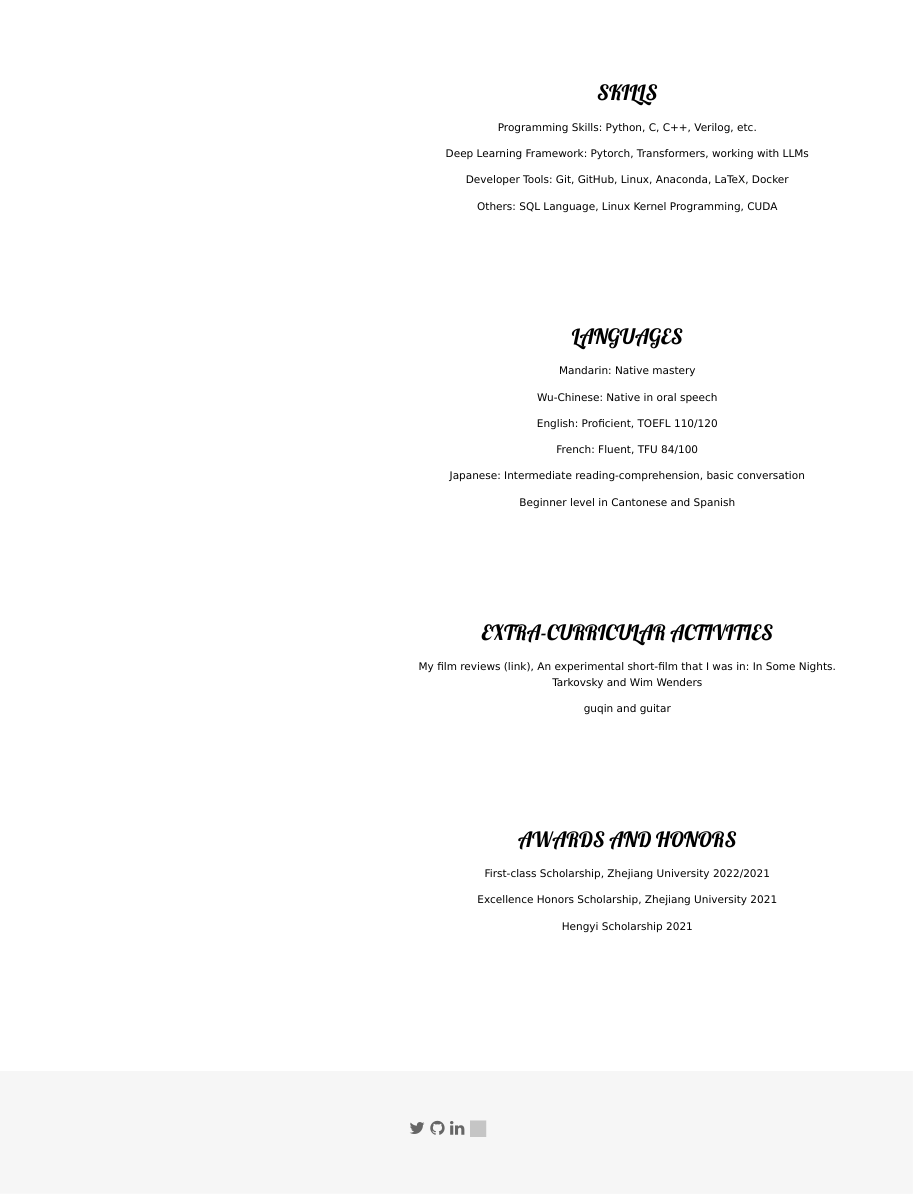
Repository: Ej-zhou/ej-zhou.github.io
Page: index.html
An editor plug-in stored every save of this project. The page is shown before and after the next save, followed by the edit.
The browser window is 1280 px wide. The page is 1304 px wide, so the pictures cover 1304 px, including what lies to the right of the window. The pictures show the part of the page from y = 4509 to 6389 px (the page is 6214 px tall before and 6389 px after), at 70% of full size.
Pictures or frames that could not be fetched are drawn as grey boxes. Some web fonts or font styles are not loaded; a fallback is used.

Above is the page before, as saved 2023-08-12 15:01:22.

### index.html
<!DOCTYPE html>

<html>
<head>
<title>
     Zhou, Ej
    </title>
<meta charset="utf-8"/>
<meta content="width=device-width, initial-scale=1" name="viewport"/>
<link href="https://www.w3schools.com/w3css/4/w3.css" rel="stylesheet"/>
<link href="https://fonts.googleapis.com/css?family=Lobster" rel="stylesheet"/>
<link href="https://cdnjs.cloudflare.com/ajax/libs/font-awesome/4.7.0/css/font-awesome.min.css" rel="stylesheet"/>
<link href="https://fonts.googleapis.com/css2?family=Noto+Sans+SC&amp;display=swap" rel="stylesheet"/>
<style>
     /* body, h1, h2, h3, h4, h5, h6 {font-family: "Lobster", sans-serif} */
     h1, h2, h3, h4, h5, h6 {font-family: "Lobster", sans-serif}
     .w3-row-padding img {margin-bottom: 12px}
     /* .bgimg {
       background-position: center;
       background-repeat: no-repeat;
       background-size: cover;
       background-image: url('https://www.w3schools.com/w3images/profile_girl.jpg');
       min-height: 100%;
     } */
    @font-face {
      font-family: 'YanShiFoXiTi';
      src: url('fonts/YanShiFoXiTi/Slidefu-Regular-2.ttf'); /* Change the extension to match your file */
    }

    @font-face {
    font-family: 'Aakar Regular';
    src: url('fonts/Aakar Regular/Aakar Regular.ttf') format('truetype'); /* Update the path if needed */
    }

    @font-face {
        font-family: 'vesper_libre';
        src: url("fonts/Vesper_Libre/VesperLibre-Bold.ttf");
    }

    @font-face {
        font-family: 'kalam';
        src: url("fonts/Kalam/Kalam-Bold.ttf");
    }


    @font-face {
        font-family: 'Kurale';
        src: url("fonts/Kurale/Kurale-Regular.ttf");
    }

     .chinese {
      font-family: 'YanShiFoXiTi', sans-serif;
    }

    .sanskrit {
        font-family: 'kalam';
        font-size: 43px; /* Set the font size to your desired value */
        font-weight: bold; /* Make the text bold */
        text-align: center; /* Center align the text */
        display: block; /* Make the span a block element to occupy the full width */
        margin: 10px 0; /* Add some margin to separate it from other elements */
        color: gray; /*Set the color to your preference*/
    }
  /* Other CSS rules */

    /* Style for the sidebar container */
    .sidebar {
    width: 600px; /* Same as the desired image width */
    position: fixed; /* Fixed position */
    top: 0; /* Align with the top of the viewport */
    height: 100%; /* Full height */
    overflow: auto; /* Enable scrolling inside the sidebar */
    display: flex; /* Enable flexbox for centering */
    align-items: center; /* Center vertically */
    justify-content: center; /* Center horizontally */
    }

    /* Style for the image container */
    .image-container {
    width: 100%; /* Take up full width of the sidebar */
    text-align: left; /* Center the image horizontally */
    }



    .question-mark {
      cursor: pointer;
      font-weight: bold;
      color: gray; /* Change the color as needed */
      font-size: 40%; /* Adjust the font size to make it smaller */
      vertical-align: top; /* Display the question mark as a superscript */
    }

    .tooltip {
    display: none;
    position: absolute;
    background-color: #f9f9f9;
    padding: 5px;
    border: 1px solid #ccc;
    border-radius: 4px;
    box-shadow: 2px 2px 5px rgba(0, 0, 0, 0.1);
    font-size: 20%; /* Set to the desired font size */
    font-weight: normal; /* Set the font weight to normal */
    font-style: normal; /* Set the font style to normal */
    font-family: "Times New Roman", serif /* Set the desired font family */
    }


</style>
</head>
<!-- <body><div class="sidebar"><div class="image-container"><img alt="here should be a photo" height="400" src="pics/IMG_2185.JPG" width="600"/></div></div> -->
<body><div class="sidebar"><div class="image-container"><img alt="here should be a photo"  src="pics/photo.jpeg" width="550"/></div></div>
<!-- Sidebar with image -->
<!-- <nav class="w3-sidebar w3-hide-medium w3-hide-small" style="width:40%"> -->
<!-- <div class="bgimg"> -->
<!-- </div> -->
<!-- </nav> -->
<!-- Hidden Sidebar (reveals when clicked on menu icon)-->
<!-- <nav class="w3-sidebar w3-black w3-animate-right w3-xxlarge" id="mySidebar" style="display:none;padding-top:150px;right:0;z-index:2">
   <a class="w3-button w3-black w3-xxxlarge w3-display-topright" href="javascript:void(0)" onclick="closeNav()" style="padding:0 12px;">
    <i class="fa fa-remove">
    </i>
   </a>
   <div class="w3-bar-block w3-center">
    <a class="w3-bar-item w3-button w3-text-grey w3-hover-black" href="#" onclick="closeNav()">
     Home
    </a>
    <a class="w3-bar-item w3-button w3-text-grey w3-hover-black" href="#portfolio" onclick="closeNav()">
     Portfolio
    </a>
    <a class="w3-bar-item w3-button w3-text-grey w3-hover-black" href="#about" onclick="closeNav()">
     About
    </a>
    <a class="w3-bar-item w3-button w3-text-grey w3-hover-black" href="#contact" onclick="closeNav()">
     Contact
    </a>
   </div>
  </nav> -->

<!-- Page Content -->
<div class="w3-main w3-padding-large" style="margin-left:40%">
<!-- Menu icon to open sidebar -->
<span class="w3-button w3-top w3-white w3-xxlarge w3-text-grey w3-hover-text-black" onclick="openNav()" style="width:auto;right:0;">
<i class="fa fa-bars">
</i>
</span>
<!-- Header -->
<header class="w3-container w3-center" id="home" style="padding:128px 16px">

<h1 class="w3-jumbo">
    <b> <span class="chinese">周逸杰</span>           </b>
</h1>



<h1 class="w3-jumbo">
<b>
        ZHOU, EJ
      </b>
      <span class="question-mark">?</span>
      <span class="tooltip">
        My given name is <i>Yijie</i>, and my family name <i>Zhou</i>. <i>Ej</i> is my preferred name, and we put our family name in the front.
      </span>




</h1>
<p>
     Where shall I begin...
    </p>
<!-- <img class="w3-image w3-hide-large w3-hide-small w3-round" src="https://www.w3schools.com/w3images/profile_girl.jpg" style="display:block;width:60%;margin:auto;"/> -->
<!-- <img class="w3-image w3-hide-large w3-hide-medium w3-round" height="1333" src="https://www.w3schools.com/w3images/profile_girl.jpg" width="1000">
<button class="w3-button w3-light-grey w3-padding-large w3-margin-top">
<i class="fa fa-download">
</i>
      CV
    </button>
</img></header> -->
<!-- Portfolio Section -->
<!-- <div class="w3-padding-32 w3-content" id="portfolio">
    <h2 class="w3-text-grey">
     My Portfolio
    </h2>
    <hr class="w3-opacity"/> -->
<!-- Grid for photos -->
<!-- <div class="w3-row-padding" style="margin:0 -16px"> -->
<!-- <div class="w3-half">
      <img src="https://www.w3schools.com/w3images/wedding.jpg" style="width:100%"/>
      <img src="https://www.w3schools.com/w3images/rocks.jpg" style="width:100%"/>
      <img src="https://www.w3schools.com/w3images/sailboat.jpg" style="width:100%"/>
     </div>
     <div class="w3-half">
      <img src="https://www.w3schools.com/w3images/underwater.jpg" style="width:100%"/>
      <img src="https://www.w3schools.com/w3images/chef.jpg" style="width:100%"/>
      <img src="https://www.w3schools.com/w3images/wedding.jpg" style="width:100%"/>
      <img src="https://www.w3schools.com/w3images/p6.jpg" style="width:100%"/>
     </div> -->
<!-- End photo grid -->
<!-- </div> -->
<!-- End Portfolio Section -->
<!-- </div> -->
<!-- About Section -->
<div class="w3-content w3-justify w3-text-grey w3-padding-32" id="about">
<h2>
     About
    </h2>
<hr class="w3-opacity"/>
<p>
    I am an undergraduate student in Zhejiang Unviersity. I am interested in NLP and AI. I am currently working on a project about building a corpus for cross-lingual summarization. I am also interested in the intersection of NLP and other fields, such as psychology and philosophy. I am also interested in the application of NLP in the field of education. I am currently working on a project about building a corpus for cross-lingual summarization. I am also interested in the intersection of NLP and other fields, such as psychology and philosophy. I am also interested in the application of NLP in the field of education. I am currently working on a project about building a corpus for cross-lingual summarization. I am also interested in the intersection of NLP and other fields, such as psychology and philosophy. I am also interested in the application of NLP in the field of education.
    </p>
<h3 class="w3-padding-16">
<!-- My Skills
    </h3>
    <p class="w3-wide">
     Photography
    </p>
    <div class="w3-light-grey">
     <div class="w3-container w3-center w3-padding-small w3-dark-grey" style="width:95%">
      95%
     </div>
    </div>
    <p class="w3-wide">
     Web Design
    </p>
    <div class="w3-light-grey">
     <div class="w3-container w3-center w3-padding-small w3-dark-grey" style="width:85%">
      85%
     </div>
    </div>
    <p class="w3-wide">
     Photoshop
    </p>
    <div class="w3-light-grey">
     <div class="w3-container w3-center w3-padding-small w3-dark-grey" style="width:80%">
      80%
     </div>
    </div>
    <br/>
    <div class="w3-row w3-center w3-dark-grey w3-padding-16 w3-section">
     <div class="w3-quarter w3-section">
      <span class="w3-xlarge">
       14+
      </span> -->
<!-- <br/>
      Partners
     </div>
     <div class="w3-quarter w3-section">
      <span class="w3-xlarge">
       55+
      </span>
      <br/>
      Projects Done
     </div>
     <div class="w3-quarter w3-section">
      <span class="w3-xlarge">
       89+
      </span>
      <br/>
      Happy Clients
     </div>
     <div class="w3-quarter w3-section">
      <span class="w3-xlarge">
       150+
      </span>
      <br/>
      Meetings
     </div>
    </div>
    <button class="w3-button w3-light-grey w3-padding-large w3-section">
     <i class="fa fa-download">
     </i>
     Download Resume -->
<!-- </button> -->
<!-- Testimonials -->
<!-- <h3 class="w3-padding-24">
     My Reputation
    </h3>
    <img alt="Avatar" class="w3-left w3-circle w3-margin-right" src="https://www.w3schools.com/w3images/avatar_smoke.jpg" style="width:80px"/>
    <p>
     <span class="w3-large w3-text-black w3-margin-right">
      Chandler Bing.
     </span>
     Web Designer.
    </p>
    <p>
     Jane Doe is just awesome. I am so happy to have met her!
    </p>
    <br/>
    <img alt="Avatar" class="w3-left w3-circle w3-margin-right" src="https://www.w3schools.com/w3images/bandmember.jpg" style="width:80px"/>
    <p>
     <span class="w3-large w3-text-black w3-margin-right">
      Chris Fox.
     </span>
     CEO at Mighty Schools.
    </p>
    <p>
     Jane Doe saved us from a web disaster.
    </p>
    <br/>
    <img alt="Avatar" class="w3-left w3-circle w3-margin-right" src="https://www.w3schools.com/w3images/avatar_g2.jpg" style="width:80px"/>
    <p>
     <span class="w3-large w3-text-black w3-margin-right">
      Rebecca Flex.
     </span>
     CEO at Company.
    </p>
    <p>
     No one is better than Jane Doe.
    </p>
    <br/> -->
<!-- Grid for pricing tables -->
<!-- End About Section -->
<!-- </div> -->
<!--
  <script>
   // Open and close sidebar
function openNav() {
  document.getElementById("mySidebar").style.width = "60%";
  document.getElementById("mySidebar").style.display = "block";
}

function closeNav() {
  document.getElementById("mySidebar").style.display = "none";
}
  </script>
  <div class="w3-container w3-padding-64 w3-center"> -->

<br><br><br><br>
<h1 class="w3-jumbo">
    <b> <span class="chinese">若以色见我，以音声求我，是人行邪道，不能见如来。</span>           </b>
</h1>


<p>
</p>
</h3></div>
<div class="w3-container w3-padding-64 w3-center">
<h2>
    EDUCATION BACKGROUND
   </h2>
   <hr class="w3-opacity"/>
<p>
    College of Computer Science and Technology Hangzhou, China &amp; CKC Honors College, Zhejiang University
   </p>
<p>
    Sept 2020 - Jun 2024(Expected)
   </p>
<p>
    Bachelor of Science in Computer Science
   </p>
<p>
    Overall GPA: 3.99/4.0; 91.19/100 Major GPA: 4.0/4.0
   </p>
<p>
    GRE: 330 + AW4.0
   </p>
<p>
    WestLake NLP Lab, Westlake University Hangzhou, China
   </p>
<p>
    Research Internship &amp; Visiting Student Sept 2022 - Jan 2023
   </p>
<p>
    College of Engineering, Cornell University Ithaca, NY
   </p>
<p>
    Exchange Student Jan 2023 - May 2023
   </p>
s   <p>
    Courses include: Computational Linguistics, Language and Information, Historical Linguistics
   </p>
</div>



<div class="w3-container w3-padding-64 w3-center">
<h2>
    EXPERIENCE
   </h2>
<p>
    Hangzhou City Brain
   </p>
<p>
    Sept 2022 - Aug 2022
   </p>
<p>
    Internship Hangzhou, China
   </p>
<p>
    Assisted in the maintenance of the Integrated Resources System working on database systems.
   </p>
<p>
    Westlake University
   </p>
<p>
    Sept 2022 - Feb 2023
   </p>
<p>
    Project: Building ConvSumX, an XLS corpus
   </p>
<p>
    Hangzhou, China
   </p>
<p>
    Research Intern in WestLake NLP Lab Advisor: Yue Zhang
   </p>
<p>
    Spearheaded the Corpus-Annotation and Corpus-Evaluation team in the creation of the corpus.
   </p>
<p>
    Conducted experiments by fine-tuning mBART model using various corpora on NVIDIA A100 GPUs.
   </p>
<p>
    Delivered comprehensive analysis of both existing XLS corpora and experimental outcomes
   </p>
<p>
    Paper Writing
   </p>
<p>
    Cornell University
   </p>
<p>
    Feb 2023 - Apr 2023
   </p>
<p>
    Project: Persuasive Chatbot
   </p>
<p>
    Ithaca, NY
   </p>
<p>
    Developed an automated chatbot capable of detecting factual inaccuracies during conversations, and providing accurate information supported by evidence
   </p>
</div>



<div class="w3-container w3-padding-64 w3-center">
<h2>
    PUBLICATION
   </h2>
<p>
    [1] Yulong Chen, Huajian Zhang, Yijie Zhou, Xuefeng Bai, Yueguan Wang, Ming Zhong, Jianhao Yan, Yafu Li, Judy Li, Michael Zhu and Yue Zhang:
   </p>
<p>
    Revisiting Cross-Lingual Summarization: A Corpus-based Study and A New Benchmark with Improvement Annotation, submitted to ACL 2023
   </p>
</div>
<div class="w3-container w3-padding-64 w3-center">
<h2>
    AWARDS AND COMPETITIONS
   </h2>
<p>
    Zhejiang Lab Cup Global AI Competition, Third Prize
   </p>
<p>
    Oct 2021
   </p>
<p>
    Hangzhou, China
   </p>
<p>
    Zhejiang University Programming Contest, Third Prize
   </p>
<p>
    Oct 2021
   </p>
<p>
    Hangzhou, China
   </p>
</div>
<div class="w3-container w3-padding-64 w3-center">
<h2>
    SELECTED COURSE-WORKS
   </h2>
<p>
    Parallel Computing and Neural Networks
   </p>
<p>
    Jul 2021 - Aug 2021
   </p>
<p>
    Coursework for Integrate Practice for Courses I: Supercomputing; score 97/100
   </p>
<p>
    Enhanced GEMM performance by over 100x using OpenMP and MPI on a computing cluster.
   </p>
<p>
    Developed a CNN from scratch using PyTorch for handwriting recognition and object recognition.
   </p>
<p>
    Mini-SQL GitHub
   </p>
<p>
    May 2022 - Jun 2022
   </p>
<p>
    Coursework for Database System; score 98/100
   </p>
<p>
    Developed a compact single-user SQL engine (DBMS) supporting fundamental database operations and implemented an index-manager for record handling using a custom-designed B+-tree data structure.
   </p>
<p>
    Socket and Web-server
   </p>
<p>
    Oct 2022 - Dec 2022
   </p>
<p>
    Coursework for Computer Network; score 96/100
   </p>
<p>
    Developed a custom TCP-based communication protocol.
   </p>
<p>
    Constructed a lightweight web server capable of parsing HTTP protocol and accepting browser access without relying on any pre-built libraries.
   </p>
</div>
<div class="w3-container w3-padding-64 w3-center">
<h2>
    SKILLS
   </h2>
<p>
    Programming Skills: Python, C, C++, Verilog, etc.
   </p>
<p>
    Deep Learning Framework: Pytorch, Transformers, working with LLMs
   </p>
<p>
    Developer Tools: Git, GitHub, Linux, Anaconda, LaTeX, Docker
   </p>
<p>
    Others: SQL Language, Linux Kernel Programming, CUDA
   </p>
</div>
<div class="w3-container w3-padding-64 w3-center">
<h2>
    LANGUAGES
   </h2>
<p>
    Mandarin: Native mastery
   </p>
<p>
    Wu-Chinese: Native in oral speech
   </p>
<p>
    English: Proficient, TOEFL 110/120
   </p>
<p>
    French: Fluent, TFU 84/100
   </p>
<p>
    Japanese: Intermediate reading-comprehension, basic conversation
   </p>
<p>
    Beginner level in Cantonese and Spanish
   </p>
</div>
<div class="w3-container w3-padding-64 w3-center">
<h2>
    EXTRA-CURRICULAR ACTIVITIES
   </h2>
<p>
    My film reviews (link), An experimental short-film that I was in: In Some Nights. Tarkovsky and Wim Wenders
   </p>
<p>
    guqin and guitar
   </p>
</div>
<div class="w3-container w3-padding-64 w3-center">
<h2>
    AWARDS AND HONORS
   </h2>
<p>
    First-class Scholarship, Zhejiang University 2022/2021
   </p>
<p>
    Excellence Honors Scholarship, Zhejiang University 2021
   </p>
<p>
    Hengyi Scholarship 2021
   </p>
</div>

<!-- Contact Section -->


<!-- <div class="w3-padding-32 w3-content w3-text-grey" id="contact" style="margin-bottom:64px">
<h2>
       Contact Me
      </h2>
<hr class="w3-opacity"/>
<div class="w3-section">
<p>
<i class="fa fa-map-marker fa-fw w3-xxlarge w3-margin-right">
</i>
        New Haven, CT
       </p>
<p>
<i class="fa fa-phone fa-fw w3-xxlarge w3-margin-right">
</i>
        Phone: +1 (607) 327-2411 / +86 188-0671-8188
       </p>
<p>
<i class="fa fa-envelope fa-fw w3-xxlarge w3-margin-right">
</i>
        Email: e.j.zhou@zju.edu.cn / yz2876@cornell.edu
       </p> -->
</div>
<!-- Image of location/map -->
<!-- <img class="w3-image w3-greyscale" src="https://www.w3schools.com/w3images/map.jpg" style="width:100%;margin:32px 0"/> -->
<!-- <p>
       Lets get in touch. Send me a message:
      </p> -->
<!-- <form action="/action_page.php" target="_blank"> -->
<!-- <p>
<input class="w3-input w3-padding-16 w3-border" name="Name" placeholder="Name" required="" type="text"/>
</p>
<p>
<input class="w3-input w3-padding-16 w3-border" name="Email" placeholder="Email" required="" type="text"/>
</p>
<p>
<input class="w3-input w3-padding-16 w3-border" name="Subject" placeholder="Subject" required="" type="text"/>
</p>
<p>
<input class="w3-input w3-padding-16 w3-border" name="Message" placeholder="Message" required="" type="text"/>
</p>
<p>
<button class="w3-button w3-light-grey w3-padding-large" type="submit">
<i class="fa fa-paper-plane">
</i>
         SEND MESSAGE
        </button>
</p> -->
<!-- </form> -->
<!-- End Contact Section -->
</div>



<!-- Footer. This section contains an ad for W3Schools Spaces. You can leave it to support us. -->

<footer class="w3-container w3-padding-64 w3-light-grey w3-center w3-opacity w3-xlarge" style="margin:-24px">
    <!-- <a href="https://www.facebook.com/yourusername" target="_blank"><i class="fa fa-facebook-official w3-hover-opacity"></i></a> -->
    <!-- <a href="https://www.instagram.com/yourusername" target="_blank"><i class="fa fa-instagram w3-hover-opacity"></i></a> -->
    <!-- <a href="https://www.snapchat.com/yourusername" target="_blank"><i class="fa fa-snapchat w3-hover-opacity"></i></a> -->
    <!-- <a href="https://www.pinterest.com/yourusername" target="_blank"><i class="fa fa-pinterest-p w3-hover-opacity"></i></a> -->
    <a href="https://twitter.com/ej_2876" target="_blank"><i class="fa fa-twitter w3-hover-opacity"></i></a>
    <a href="https://github.com/cyber-e-j" target="_blank"><i class="fa fa-github w3-hover-opacity"></i></a> <!-- GitHub Link -->
    <a href="https://www.linkedin.com/in/ej-zhou-1600a7264/" target="_blank"><i class="fa fa-linkedin w3-hover-opacity"></i></a>
    <!-- <a href="https://scholar.google.com/citations?authuser=1&user=e8yGb7IAAAAJ" target="_blank"><i class="fa-brands fa-google"></i></a> Google Scholar Link -->
    <a href="https://scholar.google.com/citations?authuser=1&user=e8yGb7IAAAAJ" target="_blank"><img width="24" height="24" src="https://img.icons8.com/material-two-tone/384/google-scholar.png" alt="google-scholar" class="w3-hover-opacity" /></a> <!-- Google Scholar Link -->

    <!-- Additional content -->
    <p class="w3-small">
      <!-- This website was made with W3schools Spaces. Make your own free website today! -->
    </p>
    <!-- <a class="w3-button w3-round-xxlarge w3-small w3-dark-grey" href="https://www.w3schools.com/spaces" target="_blank">
       Start now
      </a> -->
    <!-- End footer -->
  </footer>

</div>



<script>
    const questionMark = document.querySelector('.question-mark');
    const tooltip = document.querySelector('.tooltip');

    questionMark.addEventListener('mouseover', () => {
      tooltip.style.display = 'inline-block';
    });

    questionMark.addEventListener('mouseout', () => {
      tooltip.style.display = 'none';
    });

    // Optional: If you want to hide the tooltip when the mouse moves away from it, add the following code
    tooltip.addEventListener('mouseout', () => {
      tooltip.style.display = 'none';
    });
  </script>


</body>

  <!-- END PAGE CONTENT -->
  </html>

After the next save:
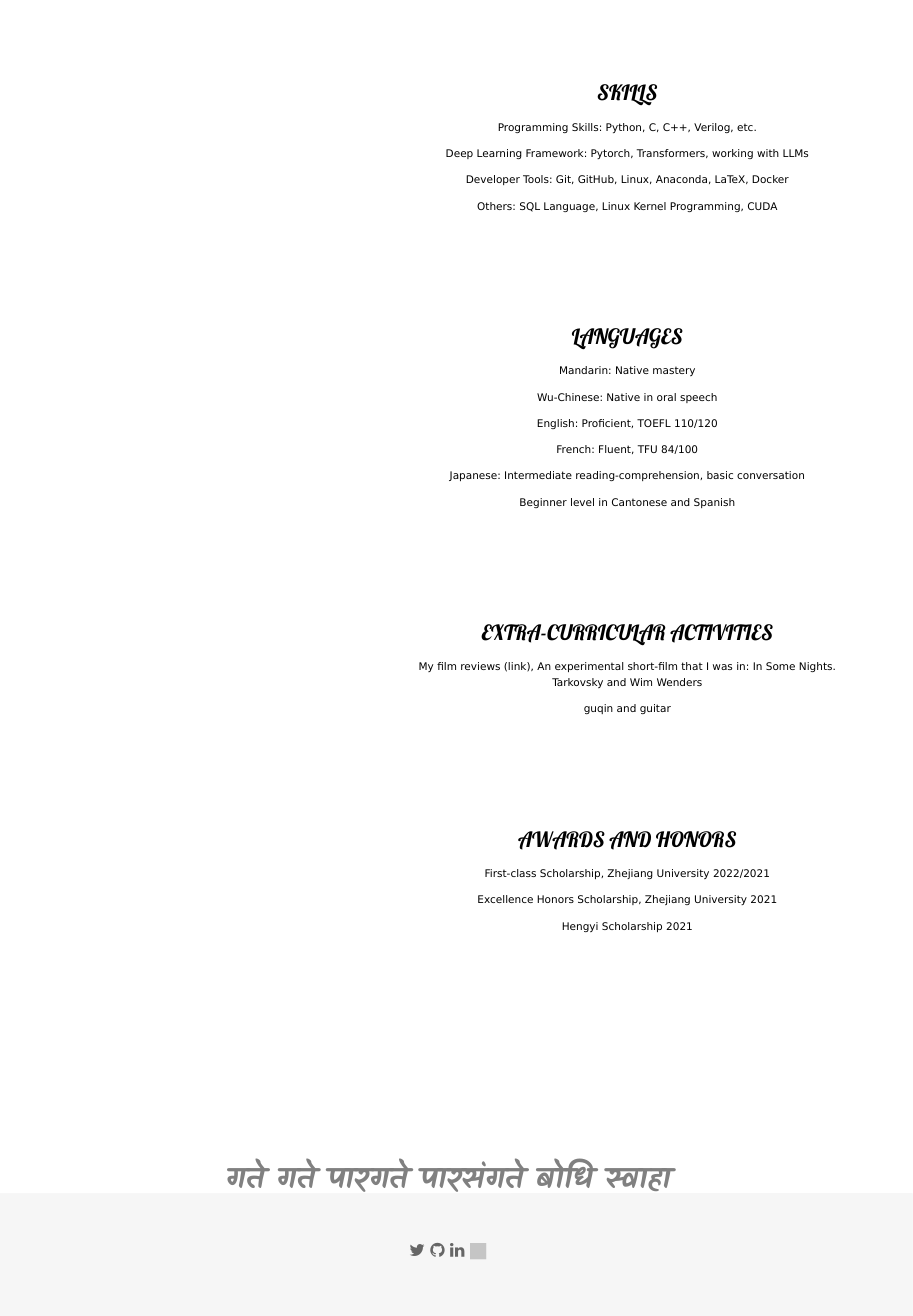
Saved 2 s later.
--- a/index.html
+++ b/index.html
@@ -635,6 +635,10 @@
 </p> -->
 <!-- </form> -->
 <!-- End Contact Section -->
+<br><br><br><br>
+<b> <span class="sanskrit">गते गते पारगते पारसंगते बोधि स्वाहा</span>           </b>
+
+
 </div>
 
 
